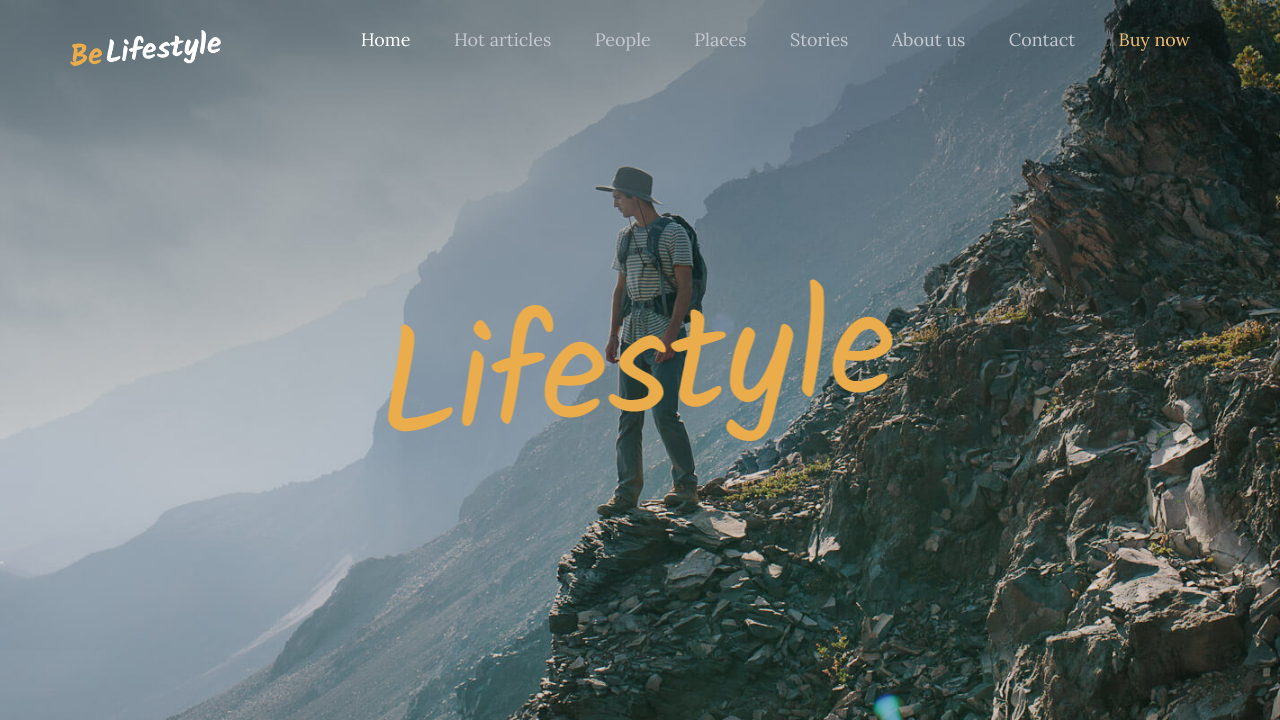
Repository: MalgorzataMazur/BeLife
Page: index.html
An editor plug-in stored every save of this project. The page is shown before and after the next save, followed by the edit.
The browser window is 1280 px wide. The pictures show the whole page.

Above is the page before, as saved 2019-10-31 17:58:02.

### index.html
<!DOCTYPE html>
<html lang="en-US">
<head>
    <link rel="stylesheet" href="vendors/css/normalize.css">
    <link rel="stylesheet" href="vendors/css/grid.css">
    <link rel="stylesheet" type="text/css" href="resources/css/style.css">
    <link href="https://fonts.googleapis.com/css?family=Lora:400,400i,700,700i&display=swap" rel="stylesheet">
    <title>BeLifestyle</title>
    <meta charset="UTF-8">
    <meta name="viewport" content="width=device-width, initial-scale=1.0">
    <meta http-equiv="X-UA-Compatible" content="ie=edge">
    <title>Document</title>
</head>
<body>
    <header>
        <nav>
            <div class="row">
                <img src="resources/img/retina-lifestyle.png" alt="BeLifestyle logo" class="logo">
                <ul class="main-nav">
                    <li><a href="/home">Home</a></li>
                    <li><a href="#">Hot articles</a></li>
                    <li><a href="#">People</a></li>
                    <li><a href="#">Places</a></li>
                    <li><a href="#">Stories</a></li>
                    <li><a href="#">About us</a></li>
                    <li><a href="#">Contact</a></li>
                    <li><a href="/buy">Buy now</a></li>

                </ul>

            </div>
        </nav>
        <div class="hero-logo-box">
            <h1><img src="resources/css/img/home_lifestyle_slogan.png"></h1>
        </div>

    </header>




</body>
</html>

### resources/css/style.css
/* ---------BASIC SETUP---------- */
* {
    margin: 0;
    padding: 0;
    box-sizing: border-box;
}

html {
    color: #9d9fa0;
    font-family: "Lora", Arial, Tahoma, sans-serif;
    font-weight: 400;
    font-size: 13px;

}

/* ---------REAUSABLE COMPONENTS---------- */
.row {
    max-width: 1140px;
    margin: 0 auto;
}

/* ---------HEADINGS---------- */
h1 {
    margin: 0;
    position: absolute;
    left: 50%;
    top: 50%;
    transform: translate(-50%,-50%);
    width: 505px;
    height: 162px;

}

/* ---------HEADER---------- */
header {
    background-image:  url(img/home_lifestyle_blog_sectionbg1.jpg);
    background-size: cover;
    background-position: center;
    height: 100vh;
}

.hero-logo-box {
    width: 1140px;
}

.logo {
    height: 36px;
    width: auto;
    margin-top: 30px;
    float: left;

}

.main-nav {
    float: right;
    list-style: none;

}
.main-nav li {
    display: inline-block;
    font-size: 138%;
    margin-top: 30px;
    padding: 0 20px;
}

.main-nav li a {
    color: #C6CAD0;
    text-decoration: none;
}

ul li a[href="/home"] {
    color: #ffffff;
    font-weight: 400;

}

ul li a[href="/buy"] {
    color: #f3c070;
}

Loaded but not shown: vendors/css/normalize.css (library); vendors/css/grid.css (library)

After the next save:
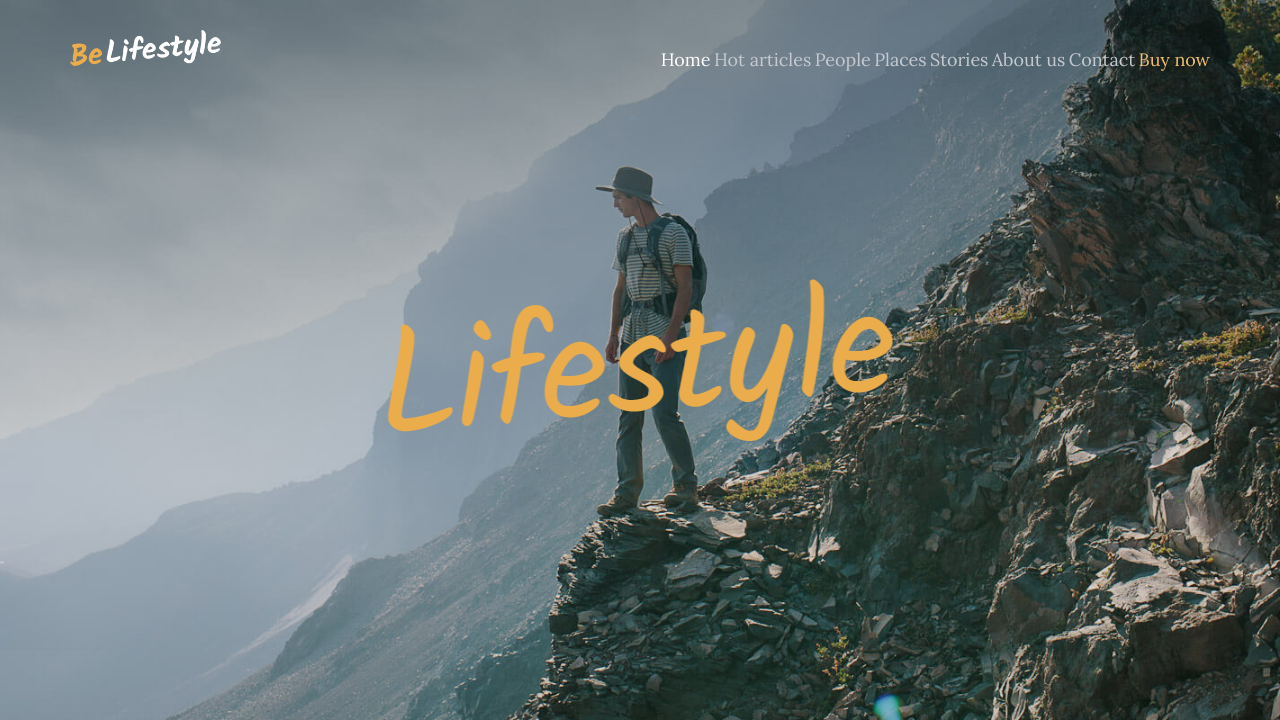
Saved 118 s later.
--- a/resources/css/style.css
+++ b/resources/css/style.css
@@ -60,7 +60,7 @@
     display: inline-block;
     font-size: 138%;
     margin-top: 30px;
-    padding: 0 20px;
+    padding: 20px 0;
 }
 
 .main-nav li a {

After the save that followed:
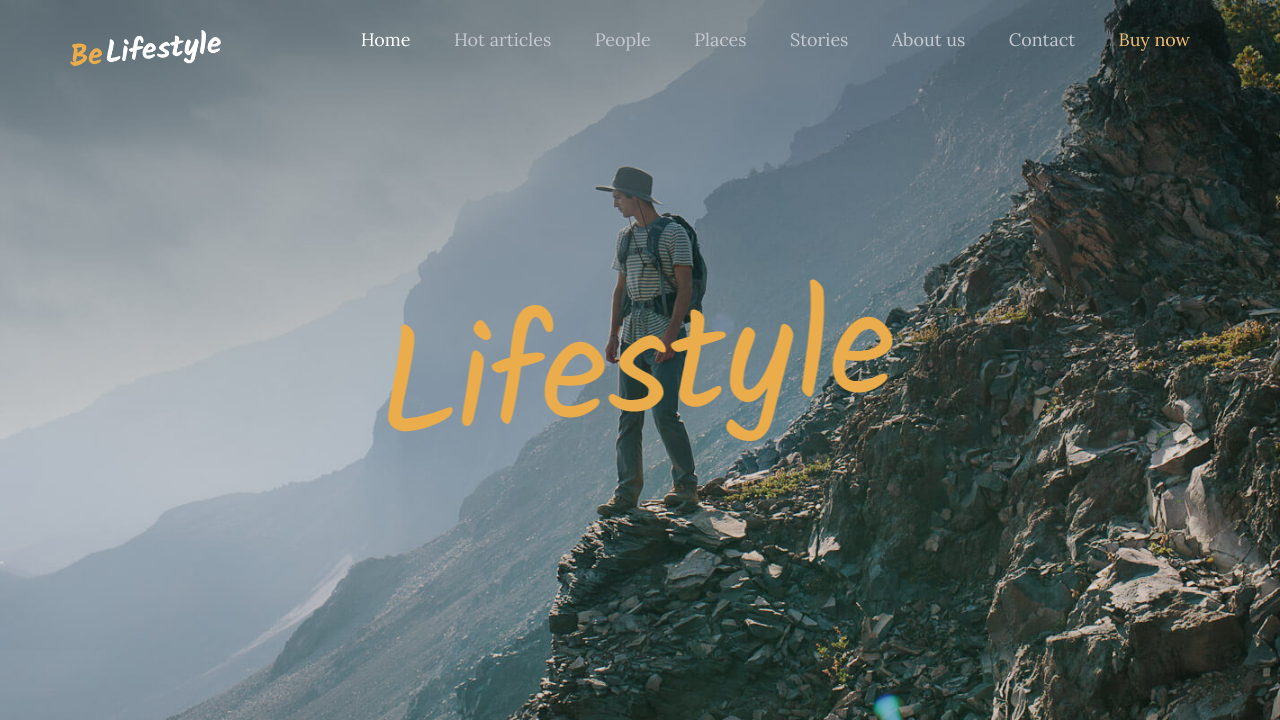
Saved 25 s later.
--- a/resources/css/style.css
+++ b/resources/css/style.css
@@ -60,7 +60,7 @@
     display: inline-block;
     font-size: 138%;
     margin-top: 30px;
-    padding: 20px 0;
+    padding: 0 20px;
 }
 
 .main-nav li a {
